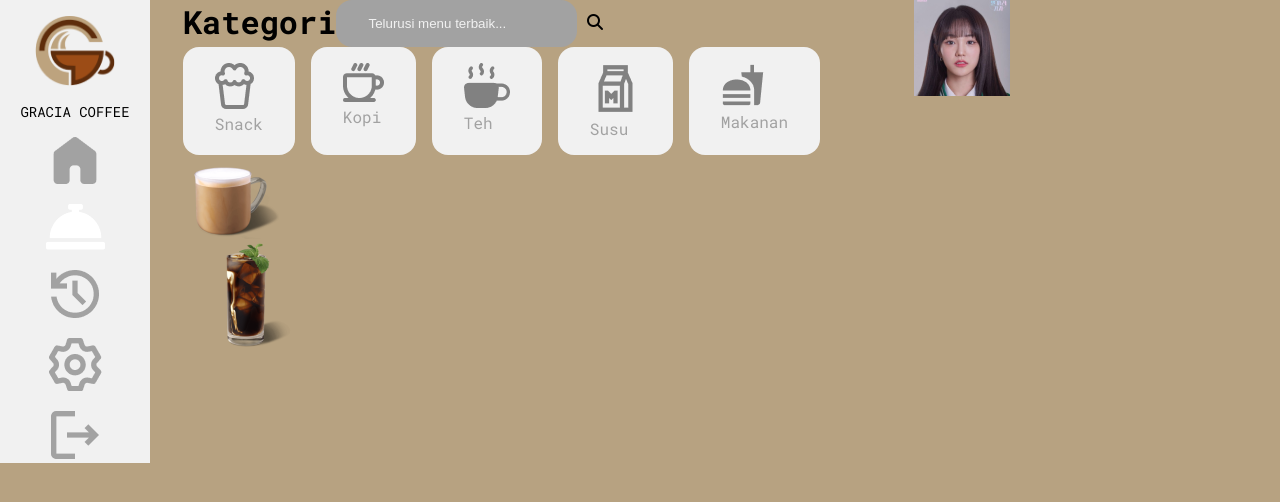
Repository: DanielChuaaa/sbd2
Page: index.html
These files come from the project's save history. The page is drawn as it stood at one moment and after the next save; the edit follows.
The browser window is 1280 px wide. The pictures show the whole page.
Some web libraries are served in a nearby version.

Above is the page before, as saved 2023-10-20 11:16:32.

After the next save:
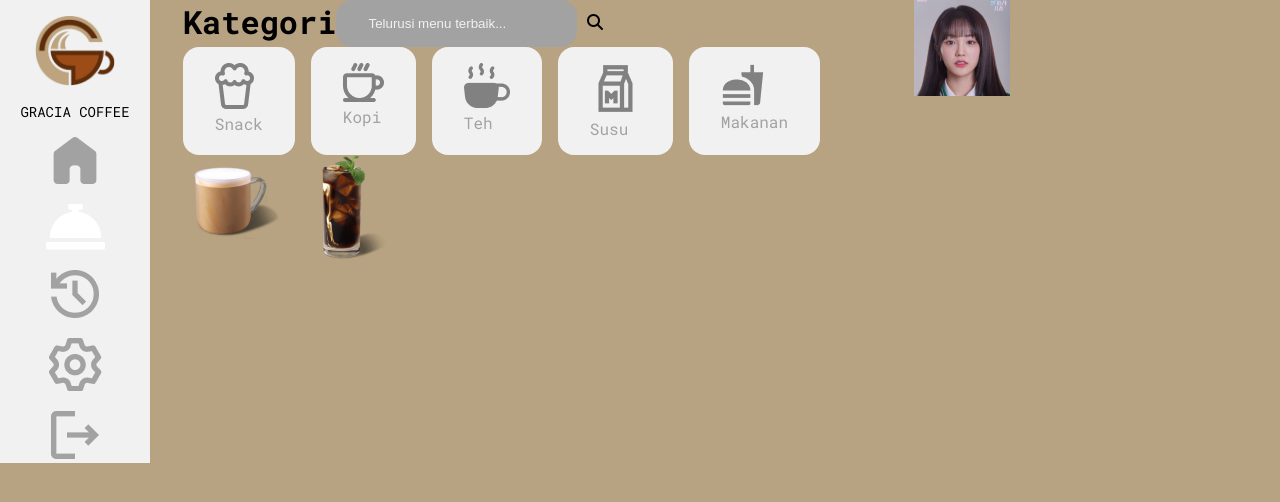
Saved 97 s later.
--- a/style.css
+++ b/style.css
@@ -85,3 +85,7 @@ body{
 .iconMenu p{
     color: var(--clr-neutral-200);
 }
+
+.orderMenu{
+    display: flex;
+}
